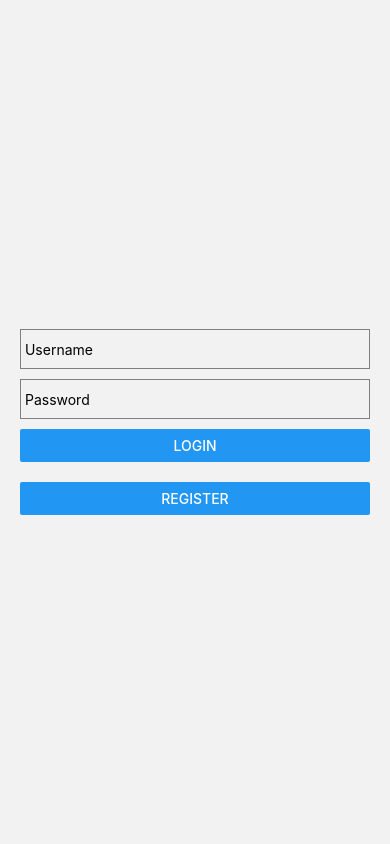
Repository: RidenShogunei/reactnative--make-an-app
Screen: / (app in Myapp/)
The author's editor kept a copy of each file at every save. The screen is drawn from the files as they stood at one save, then again after the next save.
The app was drawn by React Native's web renderer in a window 390 px wide. The project was rebuilt for these pictures with package versions that can differ from the ones it lists, and the page was loaded fresh each time. Also part of the build but not shown: Myapp/pages/register.jsx, Myapp/pages/main.jsx.

Above is the screen before, as saved 2024-04-20 20:48:05.

After the next save:
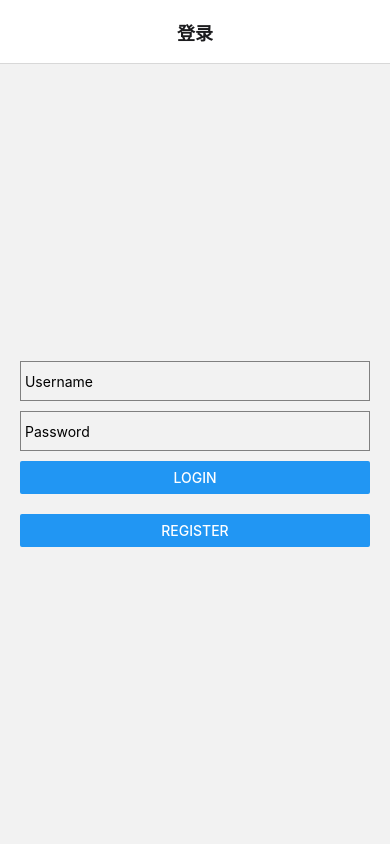
Saved 51 s later.
--- a/Myapp/pages/login.jsx
+++ b/Myapp/pages/login.jsx
@@ -7,9 +7,7 @@ const Login = () => {
   const [username, setUsername] = useState("");
   const [password, setPassword] = useState("");
   const navigation = useNavigation();
-  useEffect(() => {
-    navigation.setOptions({ headerShown: false });
-}, []);
+
 
   const handleLogin = async () => {
     try {
